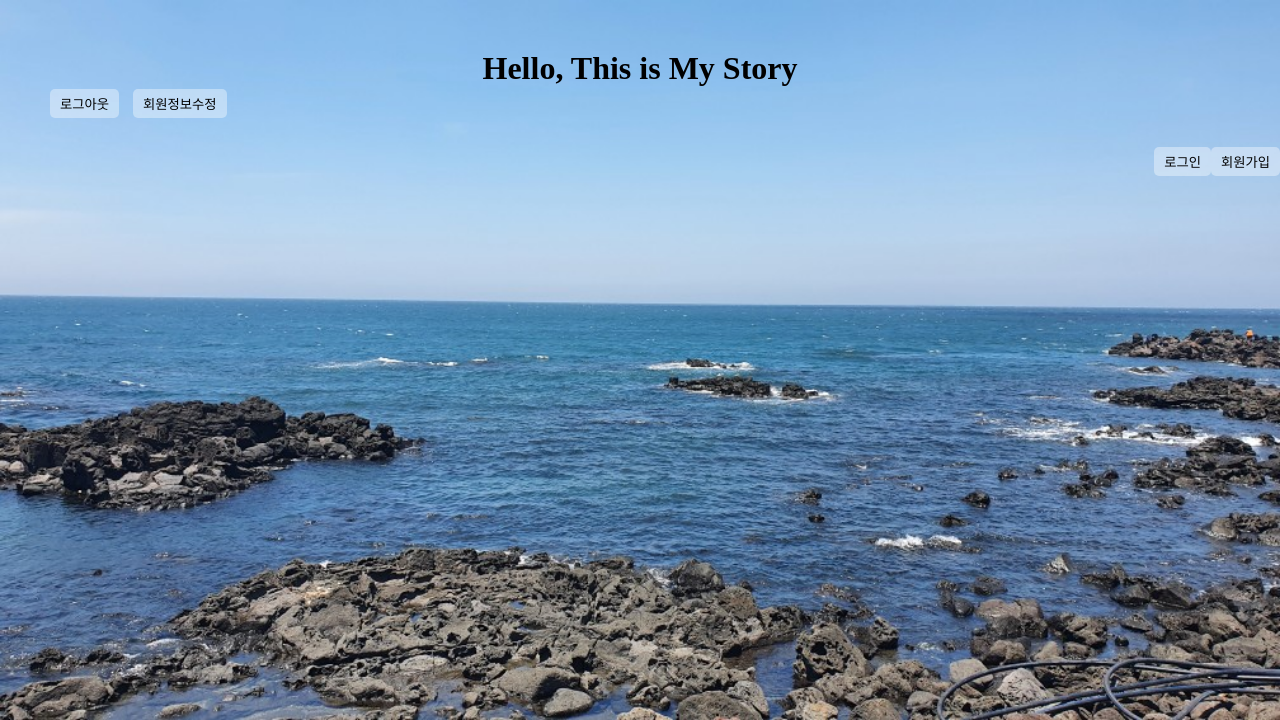
Repository: jeeniii/test2022_12_29
Page: http://localhost/portfolio/mem/login_auth
The author's editor kept a copy of each file at every save. The page is drawn from the files as they stood at one save, then again after the next save.
The browser window is 1280 px wide. The pictures show the whole page.
The page is served by Tomcat 9. Queries for data that is not in the repository find no rows.

Above is the page before, as saved 2022-12-13 06:02:06.

After the next save:
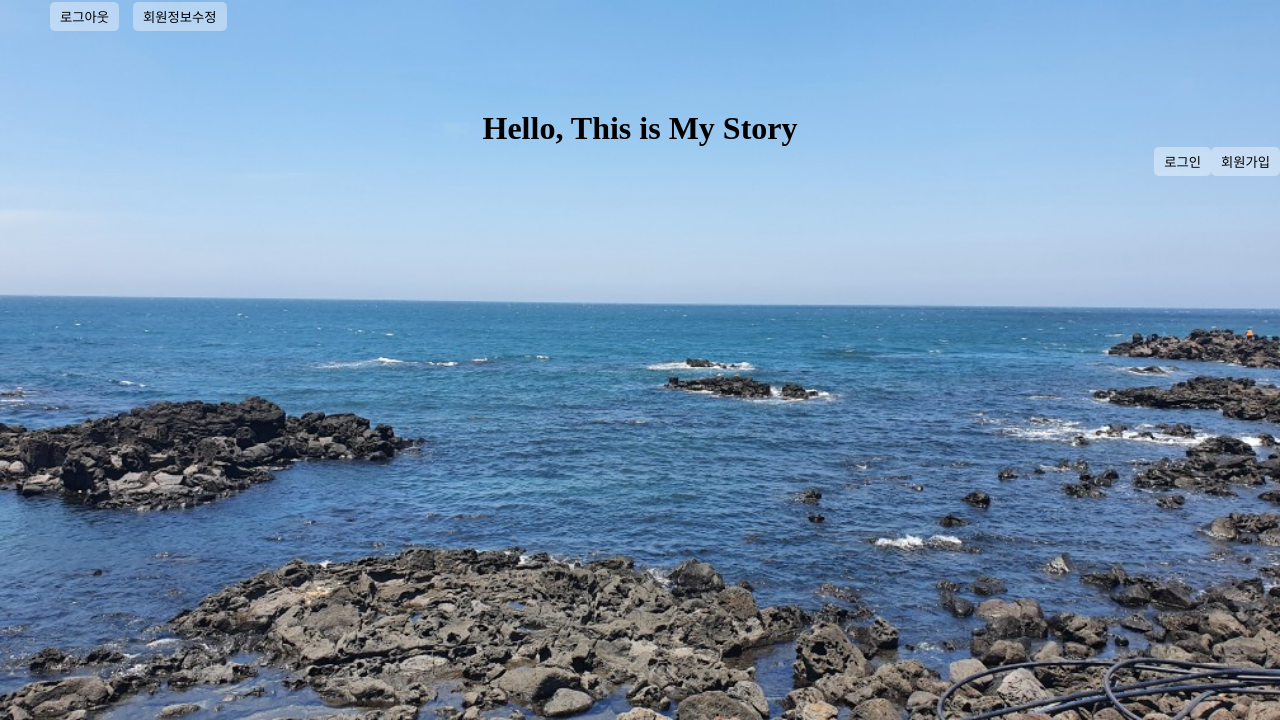
Saved 35 s later.
--- a/JSP_Portfolio/portfolio/src/main/webapp/index.jsp
+++ b/JSP_Portfolio/portfolio/src/main/webapp/index.jsp
@@ -10,9 +10,6 @@
 </head>
 <body>
 	<header>
-		<div class="topic">
-			<h1>Hello, This is My Story</h1>
-		</div>
 		<div class="realHeader">
 			<div class="headbar">
 				<ul>
@@ -29,6 +26,9 @@
 					</li>
 				</ul>
 			</div>
+		</div>
+		<div class="topic">
+			<h1>Hello, This is My Story</h1>
 		</div>
 	</header>
 <div class="main_container">
